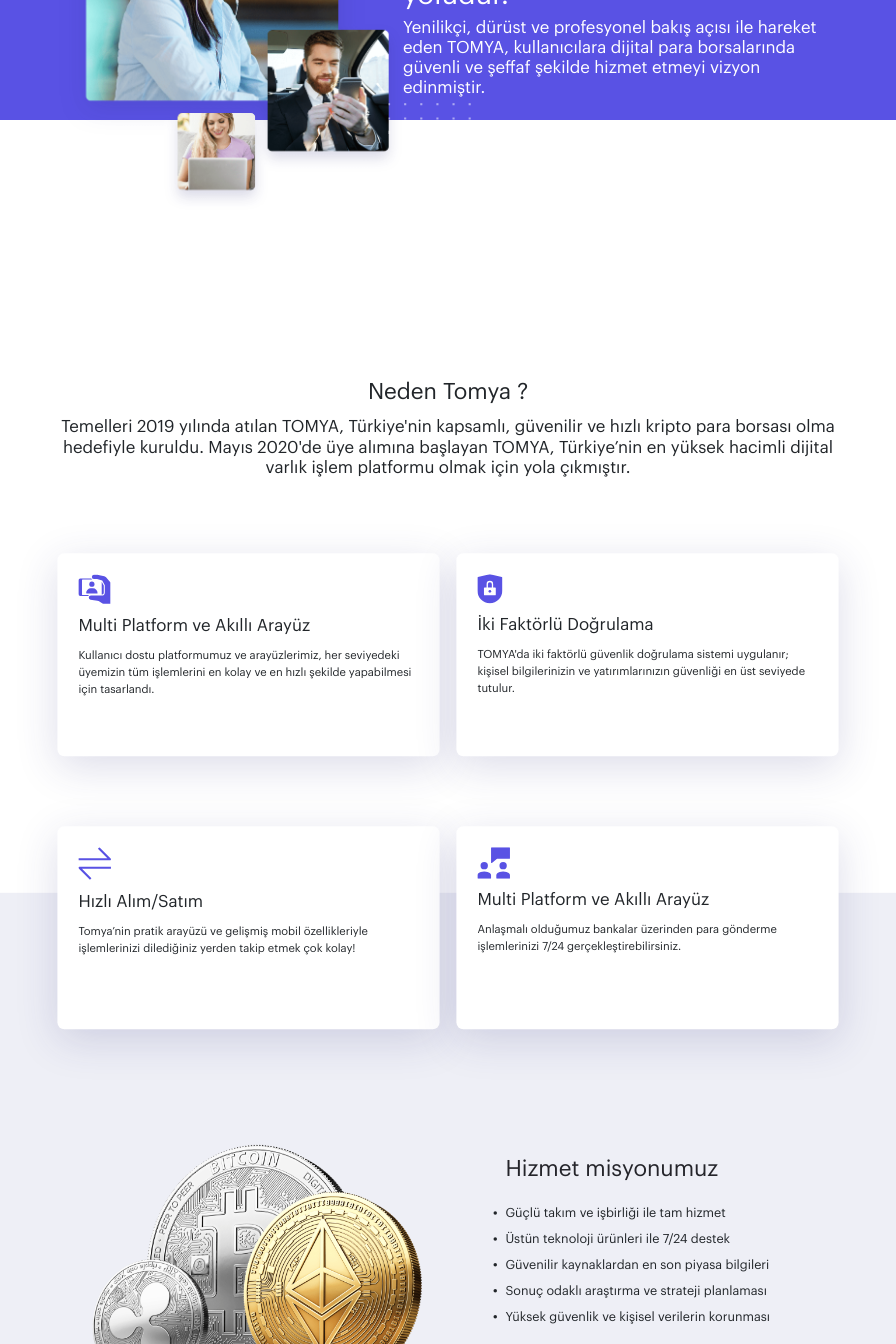
Repository: ezgibayrakli/TomyaProje
Page: index copy.html
These files come from the project's save history. The page is drawn as it stood at one moment and after the next save; the edit follows.
The browser window is 1280 px wide. The pictures show the part of the page from y = 368 to 2288 px (the page is 5611 px tall), at 70% of full size.
Some web fonts or font styles are not loaded; a fallback is used.

Above is the page before, as saved 2023-07-08 15:00:22.

After the next save:
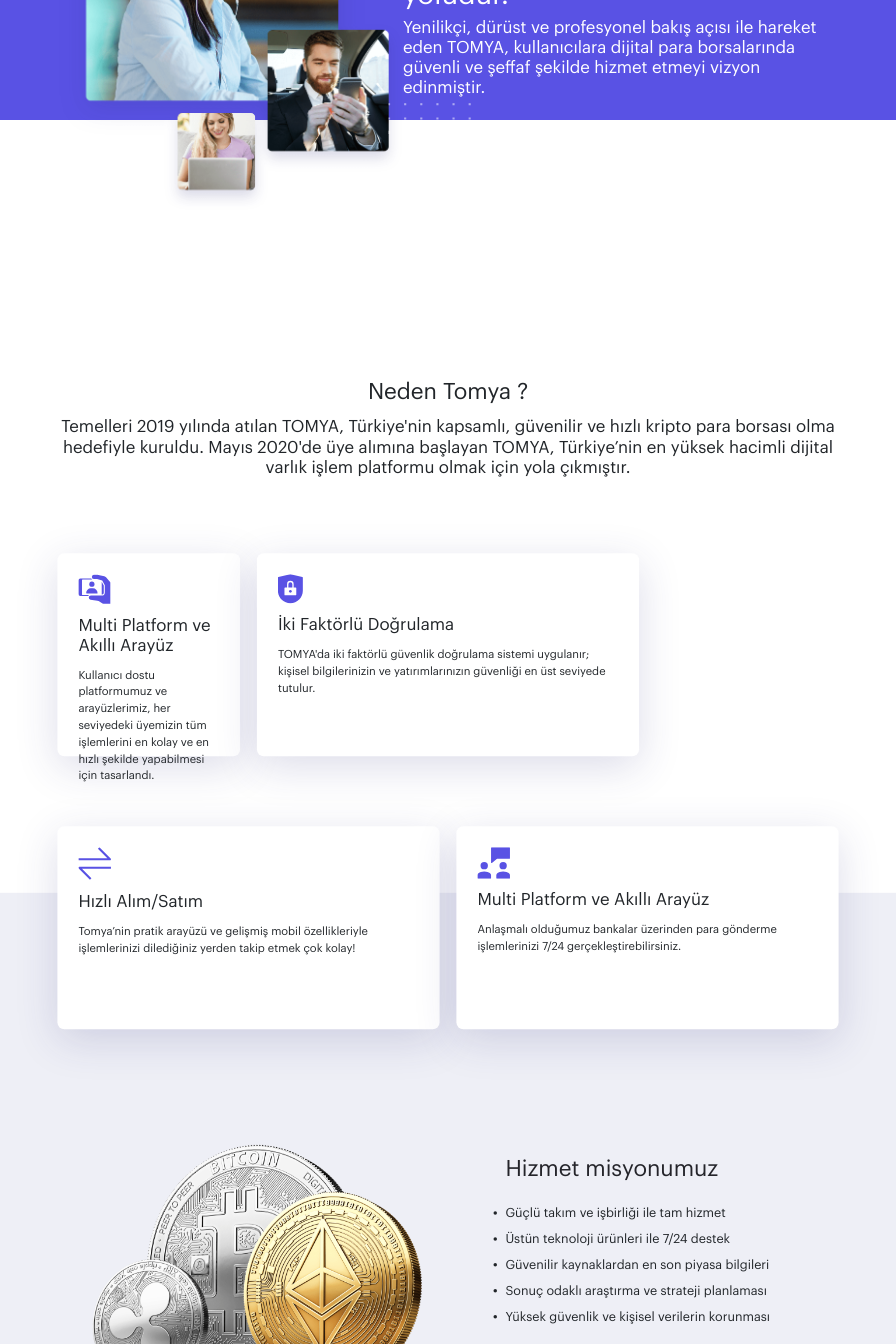
Saved 5 s later.
--- a/index copy.html
+++ b/index copy.html
@@ -78,7 +78,7 @@
               <h2 class="text-md-center mt-5">Neden Tomya ?</h2>
               <h4 class="text-md-center mt-3">Temelleri 2019 yılında atılan TOMYA, Türkiye'nin kapsamlı, güvenilir ve hızlı kripto para borsası olma hedefiyle kuruldu. Mayıs 2020'de üye alımına başlayan TOMYA, Türkiye’nin en yüksek hacimli dijital varlık işlem platformu olmak için yola çıkmıştır.</h4>
             <div class="row">
-                <div class="col-sm-12 col-md-6 col-lg">
+                <div class="col-sm-12 col-md-6 col-lg-3">
                     <div class="box">
                         <img src="photo/ic-selfie.svg" alt="" class="icon">
                         <div class="box-text">
